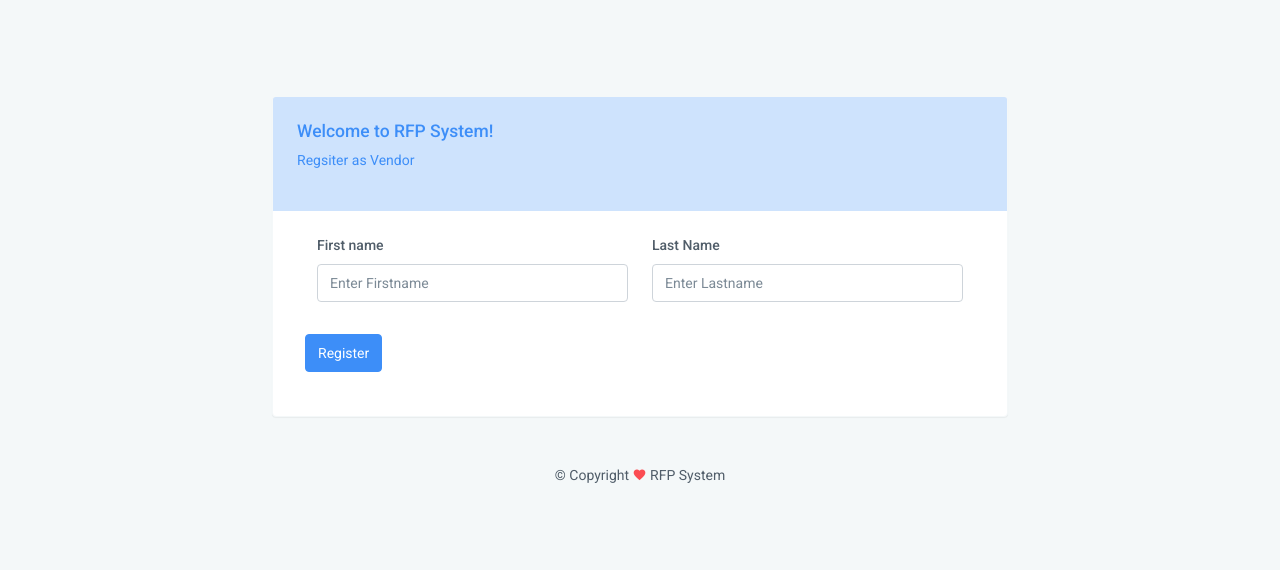
Repository: saurabhgithb/RFP-System
Page: register.html
These files come from the project's save history. The page is drawn as it stood at one moment and after the next save; the edit follows.
The browser window is 1280 px wide. The pictures show the whole page.

Above is the page before, as saved 2023-01-04 14:29:34.

After the next save:
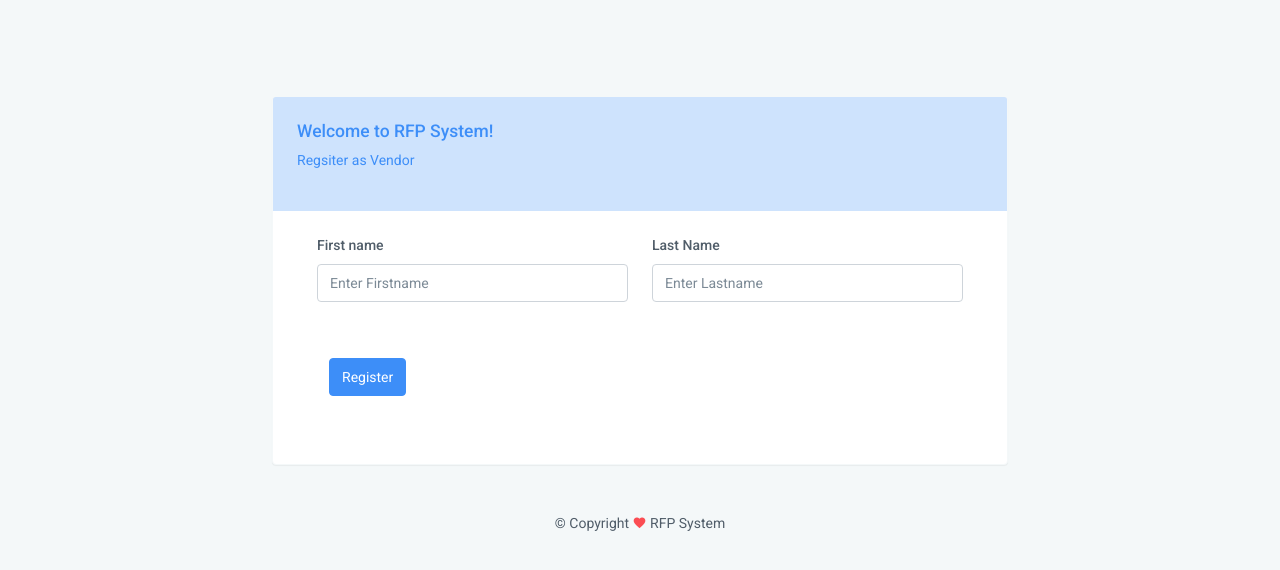
Saved 6 s later.
--- a/register.html
+++ b/register.html
@@ -59,7 +59,7 @@
 
 
 
-                                            <div class="mt-3">
+                                            <div class="p-4 mt-3">
                                                 <button class="btn btn-primary btn-block waves-effect waves-light" type="submit">Register</button>
                                             </div>
                                         </div>
